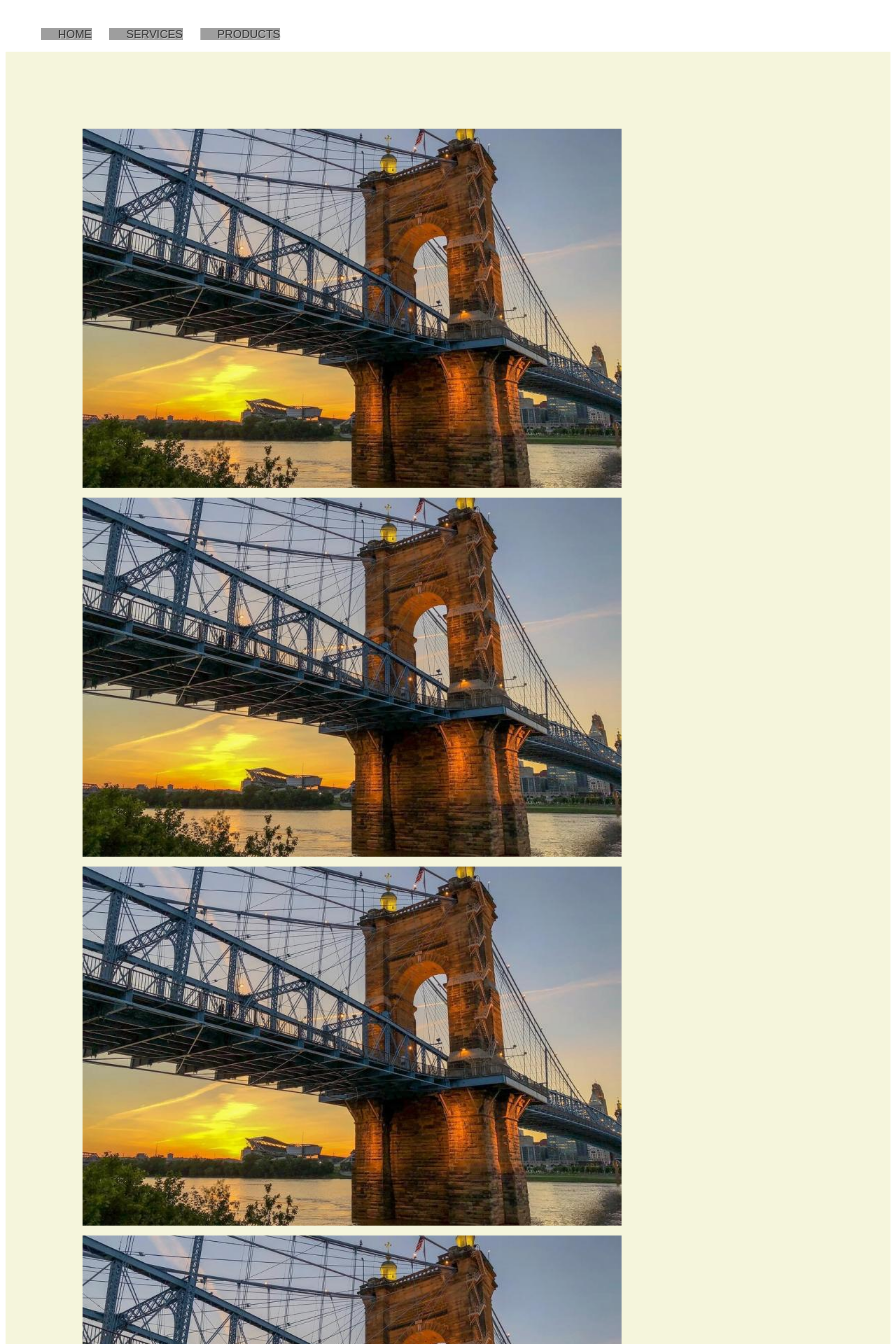
Repository: LtGriff/capstoneprogress
Page: index.html
These files come from the project's save history. The page is drawn as it stood at one moment and after the next save; the edit follows.
The browser window is 1280 px wide. The pictures show the part of the page from y = 0 to 1920 px (the page is 7050 px tall before and 4090 px after), at 70% of full size.
Pictures or frames that could not be fetched are drawn as grey boxes.

Above is the page before, as saved 2022-06-06 03:11:12.

After the next save:
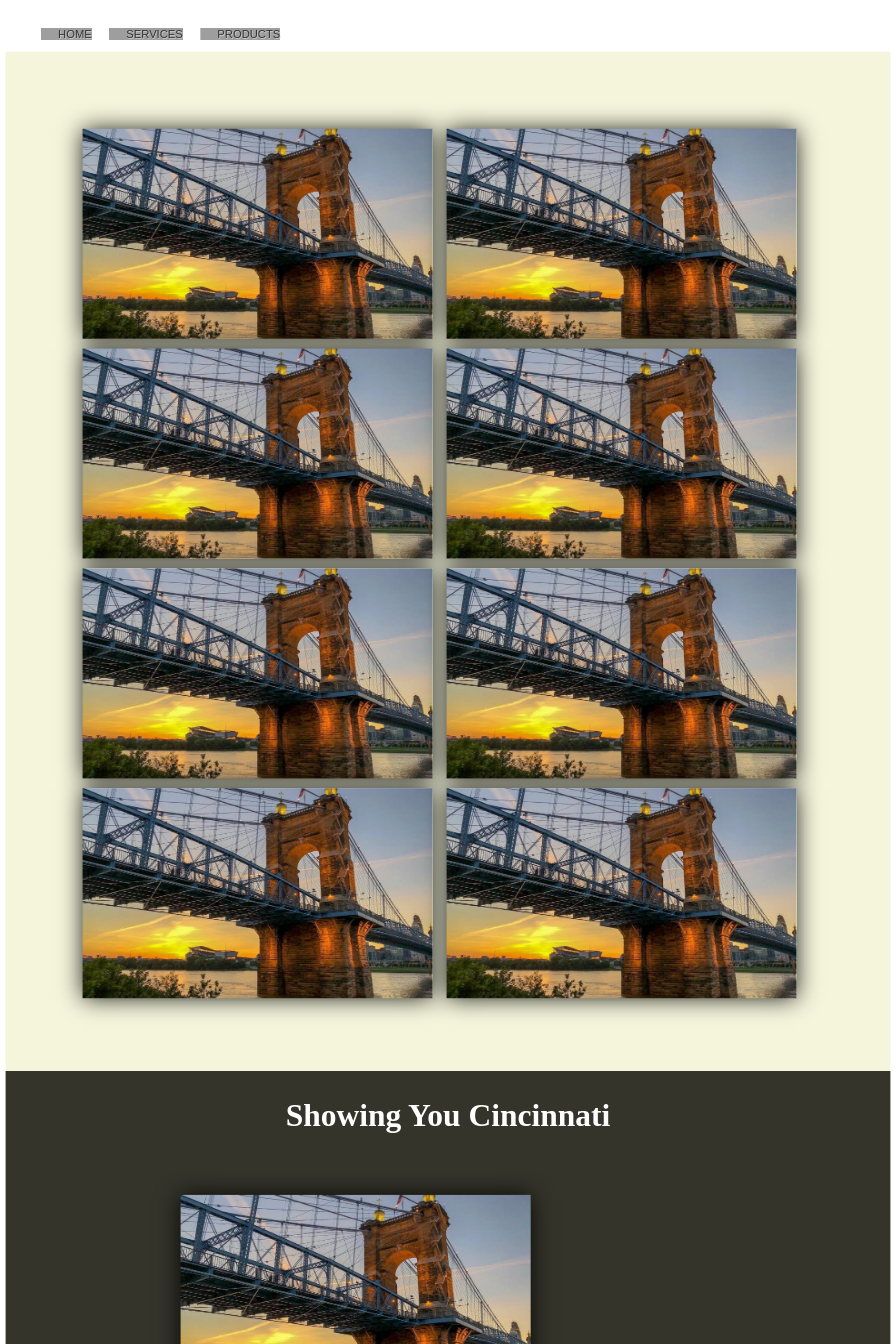
Saved 69 s later.
--- a/style.css
+++ b/style.css
@@ -43,7 +43,7 @@
 }
 
 
-.cgallery .card img{
+.gallery .card img{
   width: 500px;
   height: 300px;
   box-shadow: 0px 0px 32px -1px rgba(0, 0, 0, 0.9);

After the save that followed:
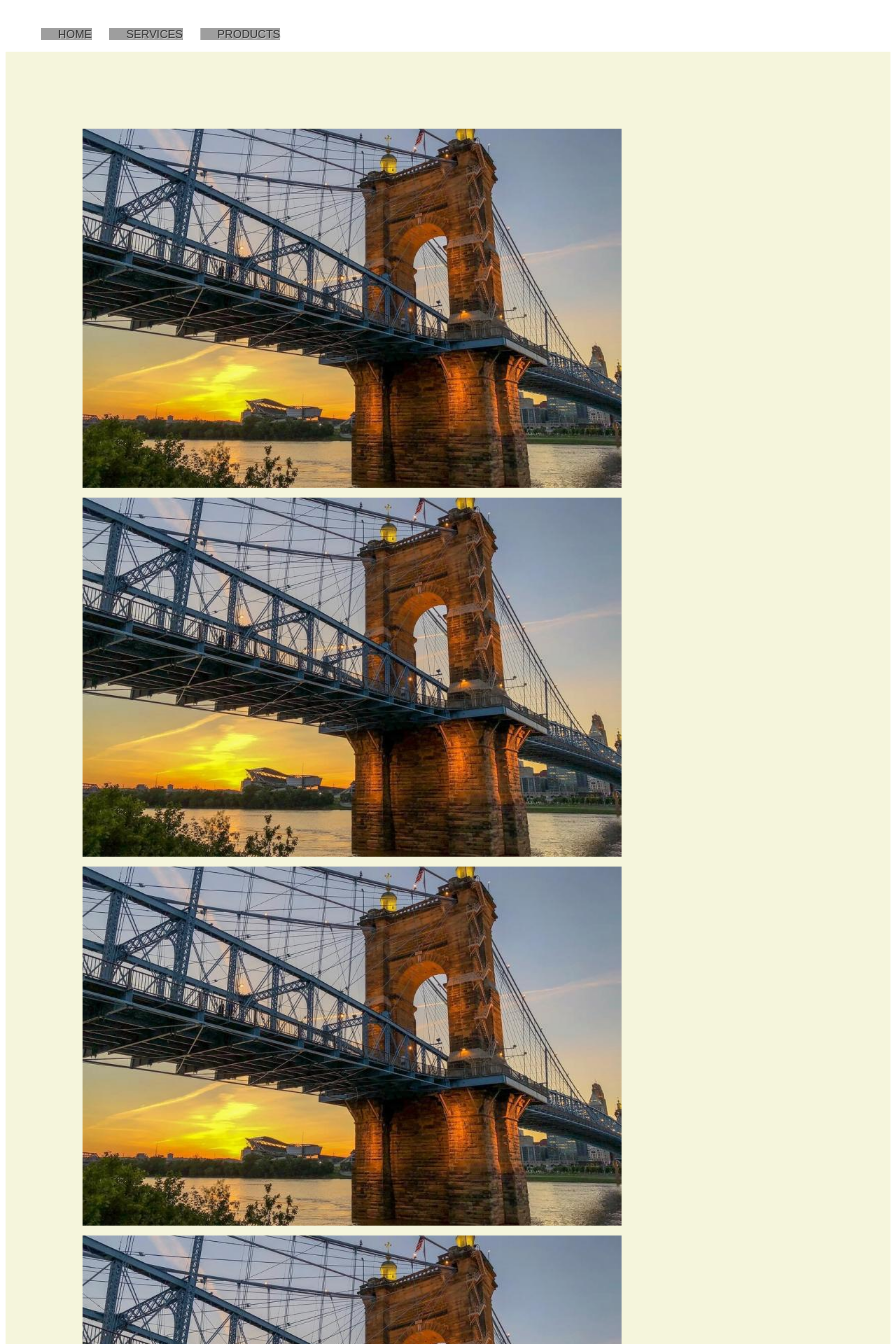
Saved 13 s later.
--- a/style.css
+++ b/style.css
@@ -43,7 +43,7 @@
 }
 
 
-.gallery .card img{
+.cgallery .card img{
   width: 500px;
   height: 300px;
   box-shadow: 0px 0px 32px -1px rgba(0, 0, 0, 0.9);
